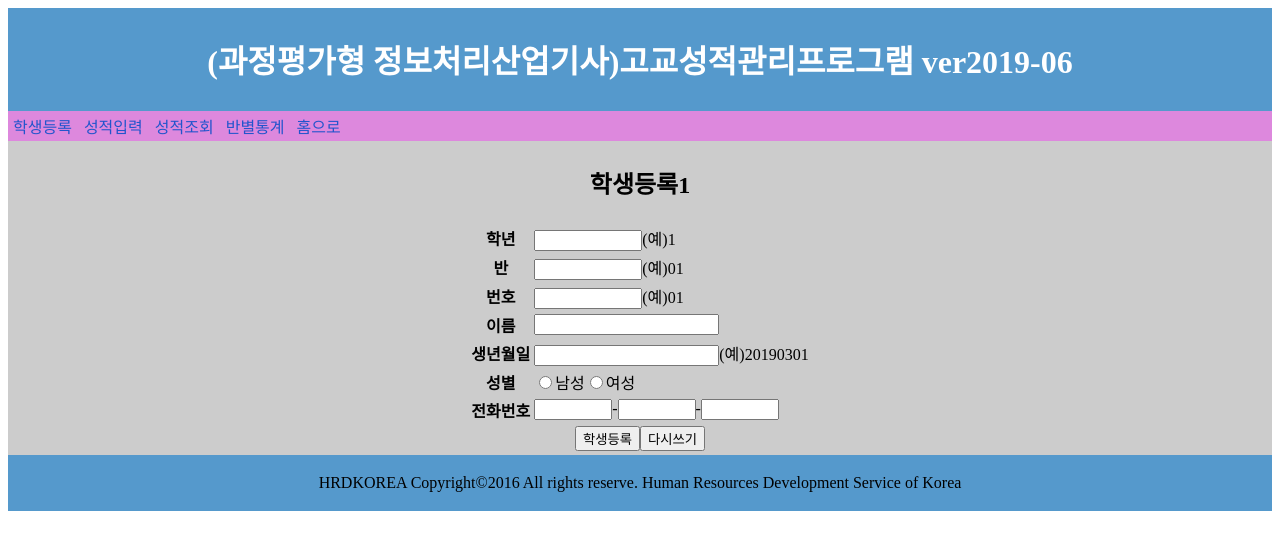
Repository: bolbbal/jdbc
Page: http://localhost/cbq_99/sub1.jsp
The author's editor kept a copy of each file at every save. The page is drawn from the files as they stood at one save, then again after the next save.
The browser window is 1280 px wide. The pictures show the whole page.
The page is served by Tomcat 9.

Above is the page before, as saved 2024-08-26 06:13:52.

After the next save:
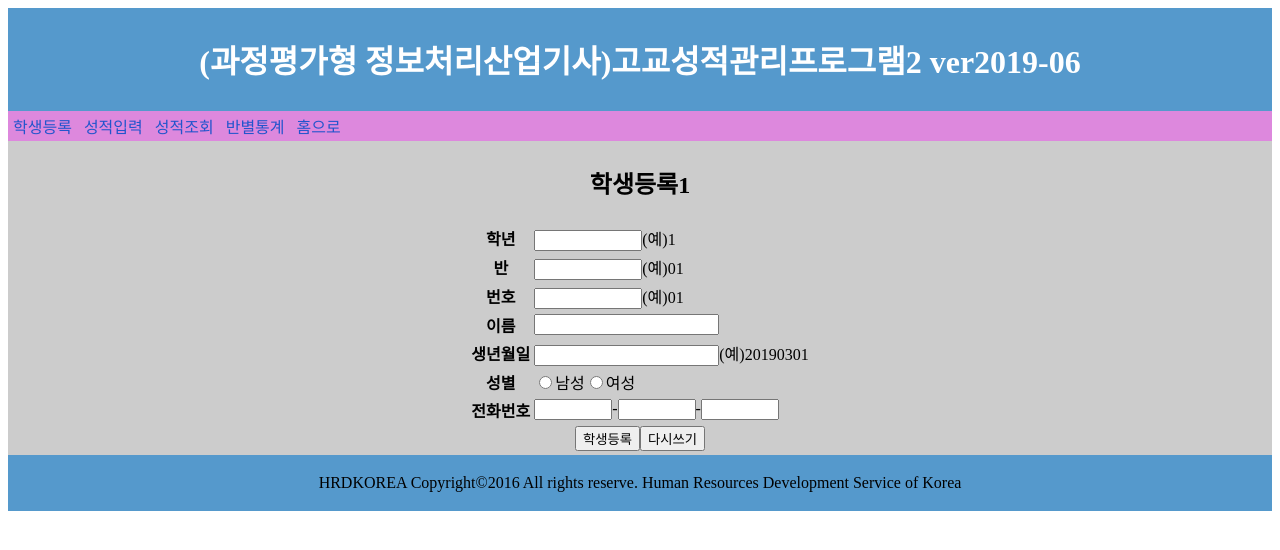
Saved 14 s later.
--- a/javastudy18/jspStudy/cbq_99/cbq_99/WebContent/sub1.jsp
+++ b/javastudy18/jspStudy/cbq_99/cbq_99/WebContent/sub1.jsp
@@ -115,7 +115,7 @@
 </head>
 <body>
 	<header>
-		<h1>(과정평가형 정보처리산업기사)고교성적관리프로그램 ver2019-06</h1>
+		<h1>(과정평가형 정보처리산업기사)고교성적관리프로그램2 ver2019-06</h1>
 	</header>
 	<nav>
 		<a href="sub1.jsp">학생등록</a> <a href="sub2.jsp">성적입력</a> <a
